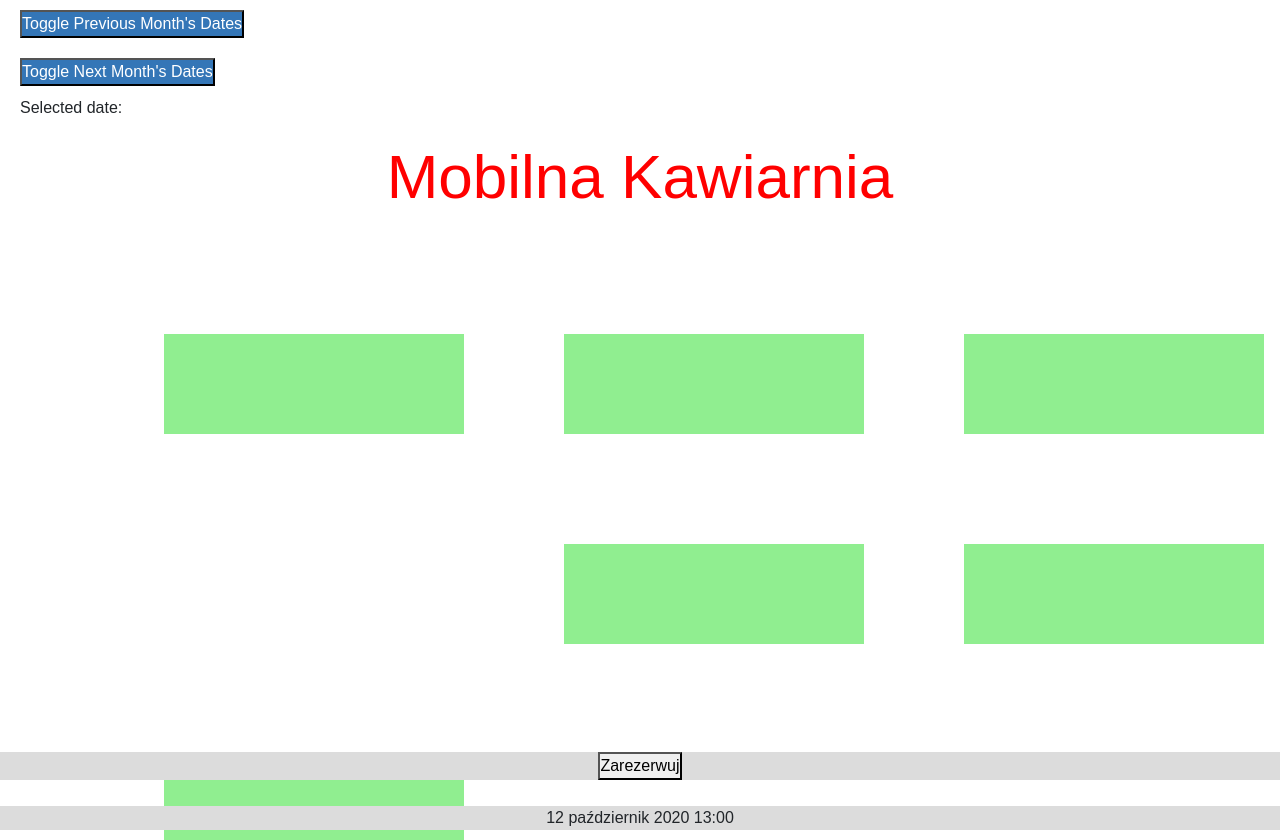
Repository: K009/MobilnaKawiarnia
Page: index.html
An editor plug-in stored every save of this project. The page is shown before and after the next save, followed by the edit.
The browser window is 1280 px wide. The pictures show the whole page.

Above is the page before, as saved 2020-12-23 17:07:40.
Console error: ReferenceError: YUI is not defined

### index.html
<html>
  <head>
    <title>Mobilna Kawiarnia</title>
    <link rel="stylesheet" href="style.css" />
    <script src="scripts.js"></script>
    <link href="https://cdn.jsdelivr.net/npm/bootstrap@5.0.0-beta1/dist/css/bootstrap.min.css" rel="stylesheet" integrity="sha384-giJF6kkoqNQ00vy+HMDP7azOuL0xtbfIcaT9wjKHr8RbDVddVHyTfAAsrekwKmP1" crossorigin="anonymous">
    <script src="https://cdn.jsdelivr.net/npm/bootstrap@5.0.0-beta1/dist/js/bootstrap.bundle.min.js" integrity="sha384-ygbV9kiqUc6oa4msXn9868pTtWMgiQaeYH7/t7LECLbyPA2x65Kgf80OJFdroafW" crossorigin="anonymous"></script>
  </head>
  <body>
      <!-- Add an additional blue button style -->
<style>
    .yui3-button {
        margin:10px 0px 10px 0px;
        color: #fff;
        background-color: #3476b7;
    }
    </style>

    <div id="demo" class="yui3-skin-sam yui3-g"> <!-- You need this skin class -->

      <div id="leftcolumn" class="yui3-u">
         <!-- Container for the calendar -->
         <div id="mycalendar"></div>
      </div>
      <div id="rightcolumn" class="yui3-u">
       <div id="links" style="padding-left:20px;">
          <!-- The buttons are created simply by assigning the correct CSS class -->
          <button id="togglePrevMonth" class="yui3-button">Toggle Previous Month's Dates</button><br>
          <button id="toggleNextMonth" class="yui3-button">Toggle Next Month's Dates</button><br>
          Selected date: <span id="selecteddate"></span>
       </div>
      </div>
    </div>

    <script type="text/javascript">
    YUI().use('calendar', 'datatype-date', 'cssbutton',  function(Y) {

        // Create a new instance of calendar, placing it in
        // #mycalendar container, setting its width to 340px,
        // the flags for showing previous and next month's
        // dates in available empty cells to true, and setting
        // the date to today's date.
        var calendar = new Y.Calendar({
          contentBox: "#mycalendar",
          width:'340px',
          showPrevMonth: true,
          showNextMonth: true,
          date: new Date()}).render();

        // Get a reference to Y.DataType.Date
        var dtdate = Y.DataType.Date;

        // Listen to calendar's selectionChange event.
        calendar.on("selectionChange", function (ev) {

          // Get the date from the list of selected
          // dates returned with the event (since only
          // single selection is enabled by default,
          // we expect there to be only one date)
          var newDate = ev.newSelection[0];

          // Format the date and output it to a DOM
          // element.
          Y.one("#selecteddate").setHTML(dtdate.format(newDate));
        });


        // When the 'Show Previous Month' link is clicked,
        // modify the showPrevMonth property to show or hide
        // previous month's dates
        Y.one("#togglePrevMonth").on('click', function (ev) {
          ev.preventDefault();
          calendar.set('showPrevMonth', !(calendar.get("showPrevMonth")));
        });

        // When the 'Show Next Month' link is clicked,
        // modify the showNextMonth property to show or hide
        // next month's dates
        Y.one("#toggleNextMonth").on('click', function (ev) {
          ev.preventDefault();
          calendar.set('showNextMonth', !(calendar.get("showNextMonth")));
        });
    });
    </script>
    <div class="main">
        <div class="logo">
          <h1><a href="">Mobilna Kawiarnia</a></h1>
        </div>

        <div id="center">

            <div class="tableUp">
                <svg class ="table" width="300" height="110">
                    <rect class ="table" width="300" height="100"/>
                  </svg>
            </div>

            <div class="tableUp">
                <svg width="300" height="110">
                    <rect class ="table" width="300" height="100"/>
                  </svg>
            </div>

            <div class="tableUp">
                <svg width="300" height="110">
                    <rect class ="table" width="300" height="100"/>
                  </svg>
            </div>

            <div class="tableUp">
                <svg width="300" height="110">
                    <rect class ="table" width="300" height="100"/>
                </svg>
            </div>

            <div class="tableUp">
                <svg width="300" height="110">
                    <rect class ="table" width="300" height="100"/>
                </svg>
            </div>

            <div class="tableUp">
                <svg width="300" height="110">
                    <rect class ="table" width="300" height="100" />
                </svg>
            </div>

        </div>

        <div id="bottomButton">
            <button id="submitDate" onclick="submit(this.id)">Zarezerwuj</button>
        </div>

        <div id="bottomMenu">
            12 październik 2020     13:00
        </div>


    </div>

    <script>

    </script>
  </body>
</html>

### style.css
* {
  margin: 0;
  padding: 0;
  font-family: sans-serif;
}
.main {
  width: 100%;
  height: 100vh;
  position: relative;
  overflow: hidden;
  background: white;
}
.logo {
  flex-basis: 20%;
}
.logo h1 {
  text-align: center;
  color: red;
  font-size: 62px;
  margin: 20 20px;
}
.logo h1 a {
  text-decoration: none;
  color: red;
}
#center {
  margin-left: 5%;
}
.tableUp {
  margin: 100 0 0 100px;
  float: left;
}
.table {
  fill: #90ee90;
}
.table:hover {
  fill: #88e388;
}
#bottomButton {
  background-color: gainsboro;
  text-align: center;
  position: absolute;
  width: 100%;
  bottom: 60px;
}
#submitDate {
  font-size: 16px;
}
#bottomMenu {
  background-color: gainsboro;
  text-align: center;
  position: absolute;
  width: 100%;
  bottom: 10px;
}

### scripts.js
console.log('xxdd');

// let submitButton = document.getElementById('submitDate');

// submitButton.onclick = function () {
//   console.log('klikniety!!');
// };

function submit(clicked_id) {
  console.log(clicked_id);
}

After the next save:
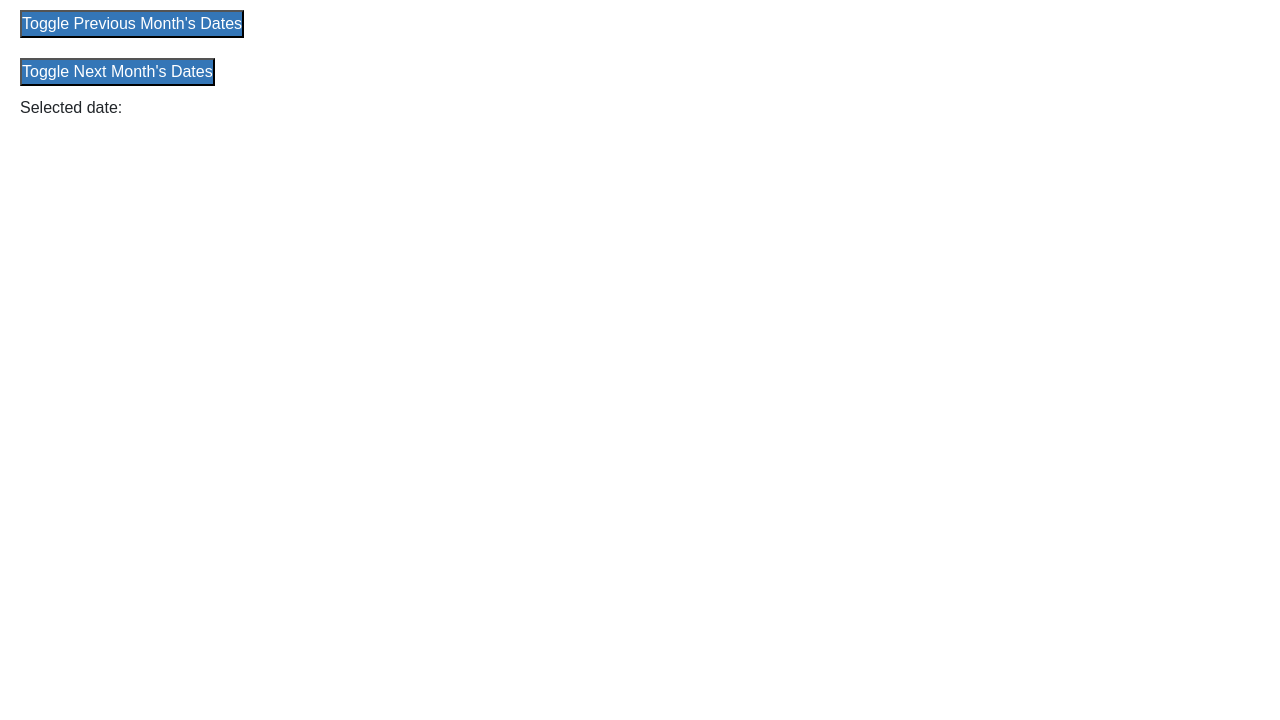
Saved 61 s later.
--- a/index.html
+++ b/index.html
@@ -82,61 +82,7 @@
         });
     });
     </script>
-    <div class="main">
-        <div class="logo">
-          <h1><a href="">Mobilna Kawiarnia</a></h1>
-        </div>
 
-        <div id="center">
-
-            <div class="tableUp">
-                <svg class ="table" width="300" height="110">
-                    <rect class ="table" width="300" height="100"/>
-                  </svg>
-            </div>
-
-            <div class="tableUp">
-                <svg width="300" height="110">
-                    <rect class ="table" width="300" height="100"/>
-                  </svg>
-            </div>
-
-            <div class="tableUp">
-                <svg width="300" height="110">
-                    <rect class ="table" width="300" height="100"/>
-                  </svg>
-            </div>
-
-            <div class="tableUp">
-                <svg width="300" height="110">
-                    <rect class ="table" width="300" height="100"/>
-                </svg>
-            </div>
-
-            <div class="tableUp">
-                <svg width="300" height="110">
-                    <rect class ="table" width="300" height="100"/>
-                </svg>
-            </div>
-
-            <div class="tableUp">
-                <svg width="300" height="110">
-                    <rect class ="table" width="300" height="100" />
-                </svg>
-            </div>
-
-        </div>
-
-        <div id="bottomButton">
-            <button id="submitDate" onclick="submit(this.id)">Zarezerwuj</button>
-        </div>
-
-        <div id="bottomMenu">
-            12 październik 2020     13:00
-        </div>
-
-
-    </div>
 
     <script>
 

After the save that followed:
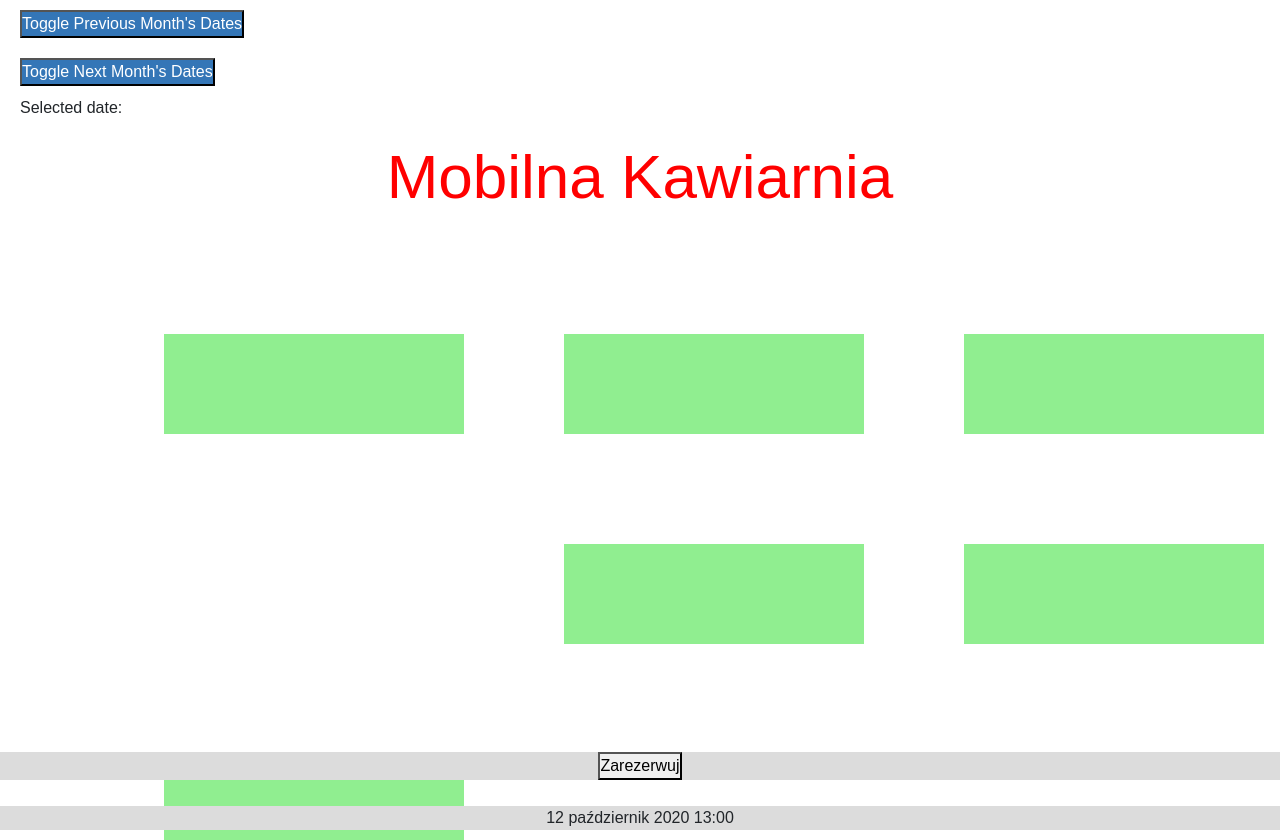
Saved 4 s later.
--- a/index.html
+++ b/index.html
@@ -82,7 +82,61 @@
         });
     });
     </script>
+    <div class="main">
+        <div class="logo">
+          <h1><a href="">Mobilna Kawiarnia</a></h1>
+        </div>
 
+        <div id="center">
+
+            <div class="tableUp">
+                <svg class ="table" width="300" height="110">
+                    <rect class ="table" width="300" height="100"/>
+                  </svg>
+            </div>
+
+            <div class="tableUp">
+                <svg width="300" height="110">
+                    <rect class ="table" width="300" height="100"/>
+                  </svg>
+            </div>
+
+            <div class="tableUp">
+                <svg width="300" height="110">
+                    <rect class ="table" width="300" height="100"/>
+                  </svg>
+            </div>
+
+            <div class="tableUp">
+                <svg width="300" height="110">
+                    <rect class ="table" width="300" height="100"/>
+                </svg>
+            </div>
+
+            <div class="tableUp">
+                <svg width="300" height="110">
+                    <rect class ="table" width="300" height="100"/>
+                </svg>
+            </div>
+
+            <div class="tableUp">
+                <svg width="300" height="110">
+                    <rect class ="table" width="300" height="100" />
+                </svg>
+            </div>
+
+        </div>
+
+        <div id="bottomButton">
+            <button id="submitDate" onclick="submit(this.id)">Zarezerwuj</button>
+        </div>
+
+        <div id="bottomMenu">
+            12 październik 2020     13:00
+        </div>
+
+
+    </div>
 
     <script>
 
